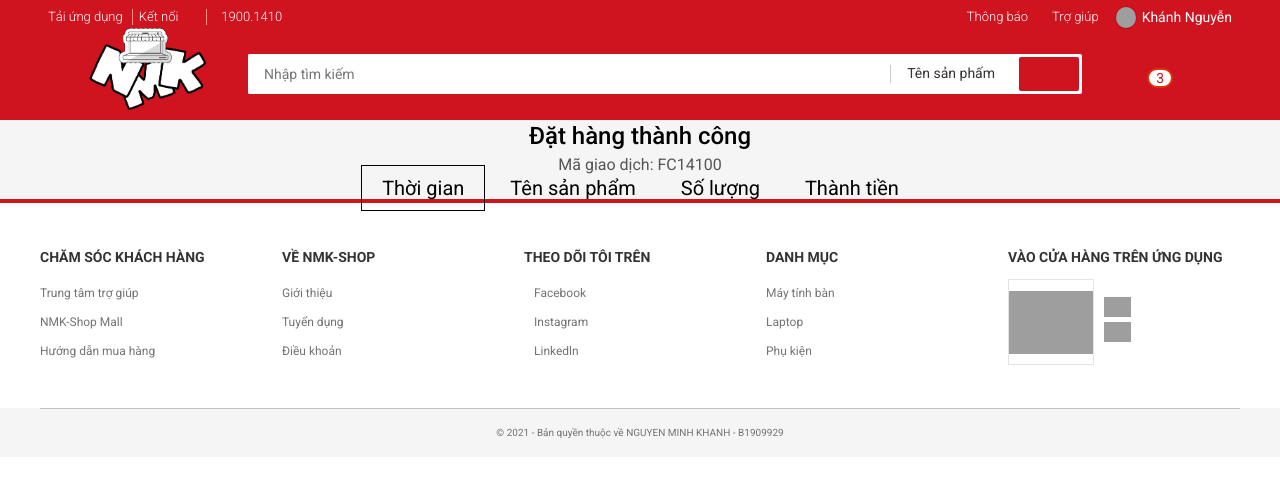
Repository: NguyenMinhKhanhB1909929/NMK-Shop
Page: orderedSuccess.html
These files come from the project's save history. The page is drawn as it stood at one moment and after the next save; the edit follows.
The browser window is 1280 px wide. The pictures show the whole page.
Pictures or frames that could not be fetched are drawn as grey boxes. Some icons come from a web library that is not loaded, so they are not drawn.

Above is the page before, as saved 2021-12-04 16:05:36.
Console error: TypeError: Cannot set properties of null (setting 'onclick')

After the next save:
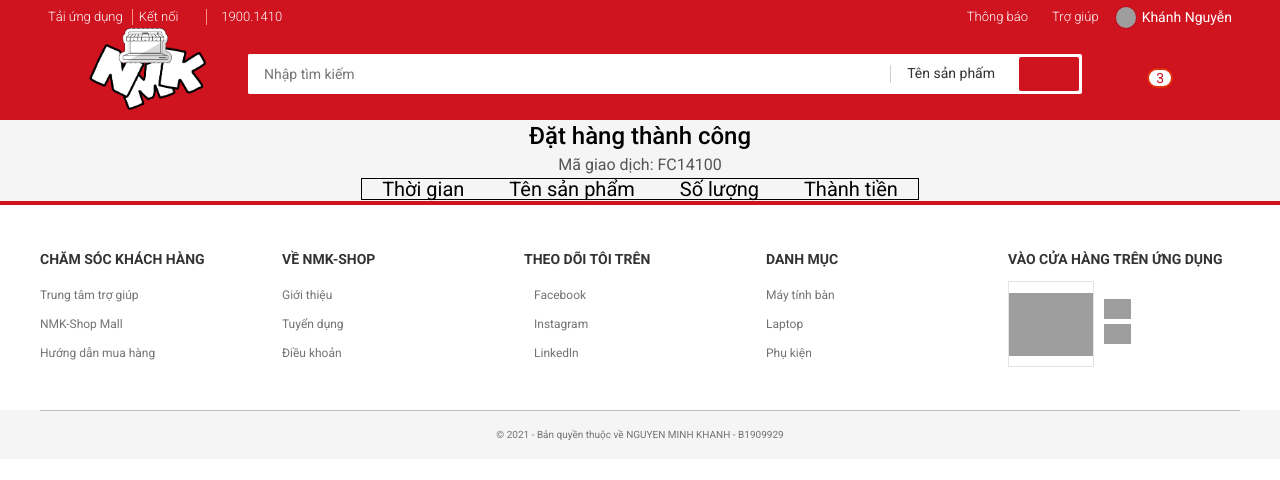
Saved 7 s later.
--- a/assets/css/orderSuccess.css
+++ b/assets/css/orderSuccess.css
@@ -27,10 +27,10 @@
 .ordered__success-table-title {
   font-size: 2rem;
   line-height: 2rem;
+  border: 1px solid #000;
 }
 .ordered__success-table-title-time {
   padding: 10px 20px;
-  border: 1px solid #000;
 }
 .ordered__success-table-title-name {
   padding: 10px 20px;
